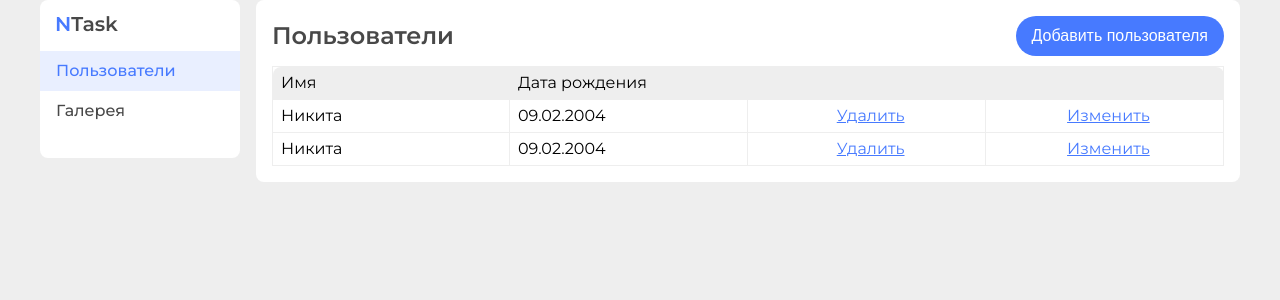
Repository: Grid-Master/NTask
Page: /
An editor plug-in stored every save of this project. The page is shown before and after the next save, followed by the edit.
The browser window is 1280 px wide. The pictures show the whole page.
The project was rebuilt for these pictures with package versions that can differ from the ones it lists, and the page was loaded fresh each time.

Above is the page before, as saved 2023-06-05 11:35:53.

After the next save:
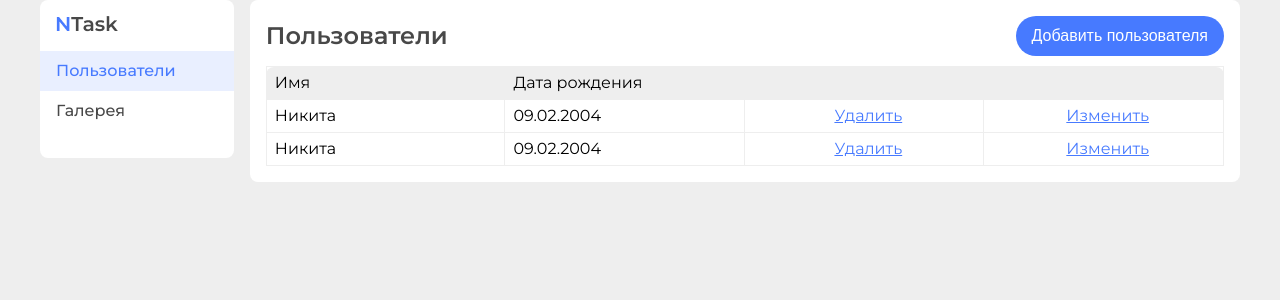
Saved 13 s later.
--- a/src/components/userList/userList.sass
+++ b/src/components/userList/userList.sass
@@ -28,7 +28,7 @@
             opacity: .8
     &__table
         margin-top: 10px
-        width: 952px
+        // width: 952px
         td
             border: 1px solid #EEEEEE
             width: 238px

After the 5 saves that followed:
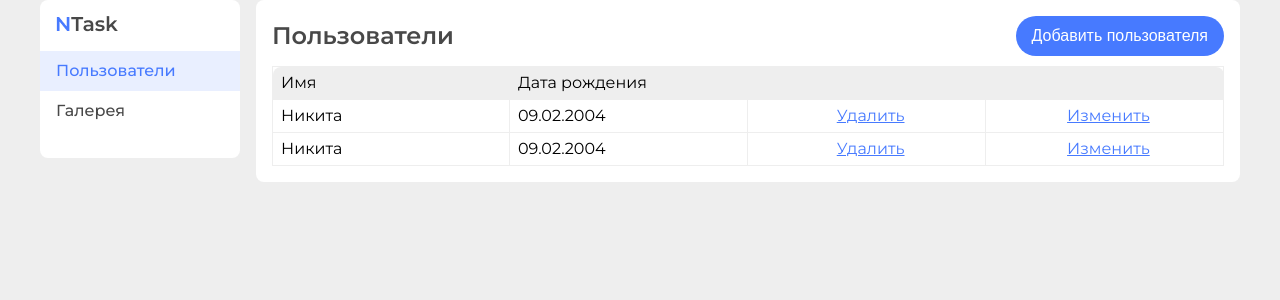
The 5 saves are shown as one change because 4 left the picture as it was.
The last was saved 113 s later.
--- a/src/components/userList/userList.sass
+++ b/src/components/userList/userList.sass
@@ -28,7 +28,7 @@
             opacity: .8
     &__table
         margin-top: 10px
-        // width: 952px
+        width: 952px
         td
             border: 1px solid #EEEEEE
             width: 238px
@@ -57,4 +57,4 @@
 
 @media screen and (max-width: 1200px)
     .userList
-        width: 100%
+        width: 968px
